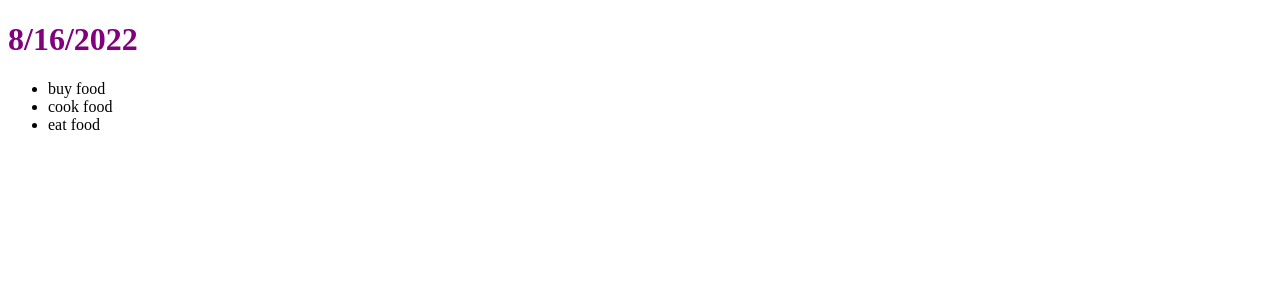
Repository: leyvamn2/todolist
Page: http://localhost/
The author's editor kept a copy of each file at every save. The page is drawn from the files as they stood at one save, then again after the next save.
The browser window is 1280 px wide. The pictures show the whole page.
The page is served by the project's Node server (app.js).

Above is the page before, as saved 2022-08-18 19:07:49.

### views/list.ejs
<!DOCTYPE html>
<html lang="eng" dir="ltr">
    <head>
        <meta charset="utf-8">
        <title>To do List</title>
    </head>
    <body>

        <h1 style="color:purple"><%=kindOfDay %> </h1>
        <ul>
            <li>buy food</li>
            <li>cook food</li>
            <li>eat food </li>
        </ul>

    </body>
</html>

### app.js
//jshin esversion:7
const express=require("express");
const bodyParser= require("body-parser");



const app= express();
var days=["Sunday","Monday","Tuesday","Wednesday","Thursday","Friday","Saturday"]

app.set("view engine","ejs");
app.get("/",function(req,res){

    var today=new Date();
    var options={
        weekday:"long",
        day:"numeric",
        month: "long"
    };
    var currentDay=today.getDay();

    var day=today.toLocaleDateString("en-US");
    if(currentDay===6 || currentDay===0){
        //res.render('index'); sirve para eviar un archivo html

    }
    else{
        //day="weekday";
        //res.sendFile(__dirname + "/weekday.html");
        //console.log(__dirname + "/index.html");
        //res.write("<p>I have to work!</p>"); enviar varios textos
        //res.send(); esto sirve para crear directamente html
    }

    //day=days[currentDay];
   res.render("list.ejs", { kindOfDay:day});
});

app.listen(3001,function(){
    console.log("Server on port 3000");

});

After the next save:
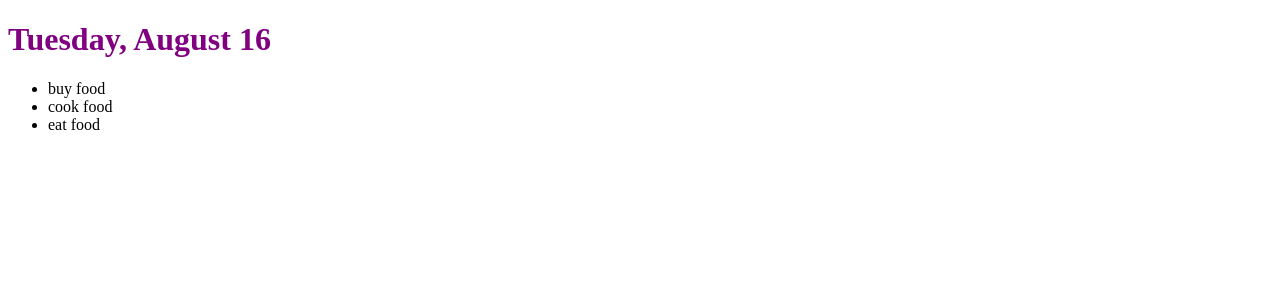
Saved 54 s later.
--- a/app.js
+++ b/app.js
@@ -5,7 +5,6 @@ const bodyParser= require("body-parser");
 
 
 const app= express();
-var days=["Sunday","Monday","Tuesday","Wednesday","Thursday","Friday","Saturday"]
 
 app.set("view engine","ejs");
 app.get("/",function(req,res){
@@ -18,7 +17,7 @@ app.get("/",function(req,res){
     };
     var currentDay=today.getDay();
 
-    var day=today.toLocaleDateString("en-US");
+    var day=today.toLocaleDateString("en-US",options);
     if(currentDay===6 || currentDay===0){
         //res.render('index'); sirve para eviar un archivo html
 
